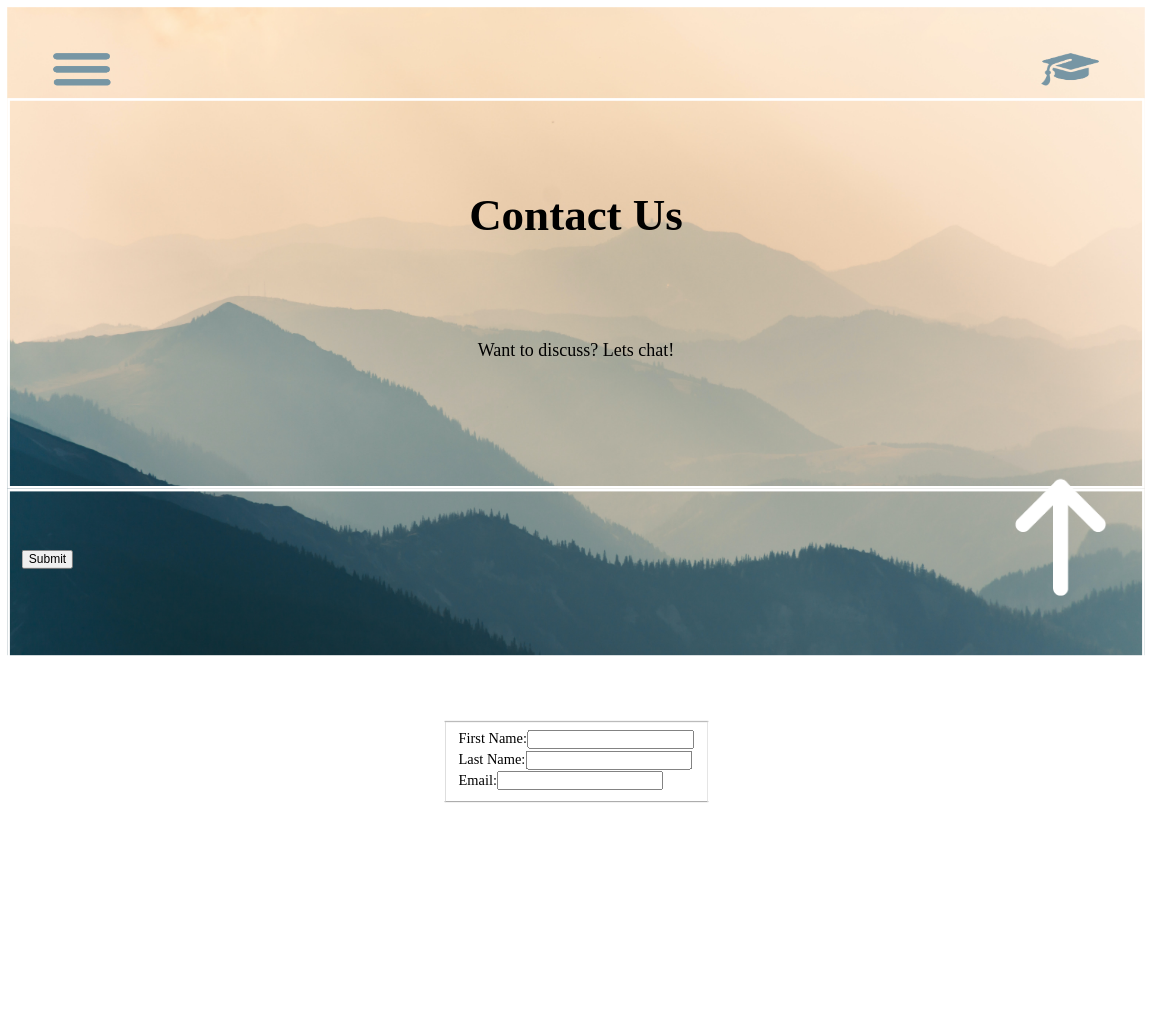
Repository: sierralaurent/MDIA2109-Assignment01
Page: /contact
These files come from the project's save history. The page is drawn as it stood at one moment and after the next save; the edit follows.
The browser window is 1280 px wide. The pictures show the whole page, at 90% of full size.
The project was rebuilt for these pictures with package versions that can differ from the ones it lists, and the page was loaded fresh each time. The framework's server and built-in components were replaced by stand-ins that run in the browser. Also part of the build but not shown: next.config.js.

Above is the page before, as saved 2023-02-05 10:07:25.

### pages/contact.js
import Head from 'next/head'
import Image from 'next/image'
import { Inter } from '@next/font/google'
import styles from '@/styles/Home.module.css'
import Link from 'next/link'

export default function Contact() {
    return (
        <>
        <Head>
        <title>Contact Us</title>
        <meta name="author" content="MDIA 2109" />
        <meta property="og:title" content="Assignment #1 - Contact Us Page" />
        <meta property="og:description" content="BCIT Digital Design and Development Diploma" />
        <link rel="icon" href="/favicon.png" />
      </Head>
      <main className={styles.main}>
        <div className={styles.nav}>
            <img src="icons/menu-icon.png" className={styles.icon1}/>
            <img src="icons/graduation-hat.png" className={styles.icon2}/>
          </div>
          <div className={styles.header}>
            <h1>Contact Us</h1>
            <p>Want to discuss? Lets chat!</p></div>
            <div className={styles.middle2}>
              <div className={styles.inputs}>
              <form>
                <fieldset>
                <table>
                    <thead>
                        <tr>
                          <label for="fname">First Name:</label>
                          <input type="text" id="fname" name="fname"></input>
                        </tr>
                        <tr>
                          <label for="lname">Last Name:</label>
                          <input type="text" id="name" name="lname"></input>
                        </tr>
                    </thead>
                    <thead>
                    <label for="email">Email:</label>
                          <input type="email" id="email" name="email"></input>
                    </thead>
                </table>
                </fieldset>
            </form>
            <button type="submit" className={styles.buttons}>Submit</button>
              </div>
            </div>
        <div className={styles.bottom}>
            <a href="/about">
              <span className={styles.icon3}>
                <img src="icons/upwardArrow.png"/>
              </span>
            </a>
          </div>
      </main>
        </>
    )
  }

### styles/Home.module.css
.carouselImage {
  height: 200px;
  background-repeat: no-repeat;
  background-size: cover;
  display: flex;
  justify-content: center;
  align-items: center;
  margin: 40px 0px;
}
.main {
  background-image: url('../public/background-images/backgroundMountain.jpg');
  background-size: cover;
  height: 100vh;
  position: relative;
}

.mainABOUT {
  background-color: #14343d;
}

.About {
  display: flex;
  justify-content: center;
  padding-top: 5%;
  font-size: 30px;
}

.infodiv {
  display: flex;
  justify-content: center;
  align-items: center ;
}

.info p {
  padding-top: 3%;
  padding-bottom: 3%;
  font-size: 16px;
}

.info li {
  padding-top: 3%;
  padding-bottom: 3%;
  font-size: 20px;
}
.info {
  display: flex;
  flex-direction: column;
  justify-content: left;
  padding: 8%;
}

.header {
  display: flex;
  flex-direction: column;
  justify-content: center;
  align-items: center;
  border: 3px solid white;
  padding: 5%;
}

.header h1 {
  font-size: 50px;
}

.header p {
  font-size: 20px;
  padding: 5%;
}

.intro {
  position: absolute;

}

.middle2 {
  padding: 20%;
  justify-content: center;
  justify-content: center;
  align-items: center;
  border: 3px solid white;

}

.inputs {
  display: flex;
  justify-content: center;
  align-items: center;
  border: 3px solid white;
}

.buttons {
  position: absolute;
  bottom: 6rem;
  left: 1rem;

}
.butt {
  border: 3px solid white;
  border-radius: 8%;
  background-color: transparent;
  width: 10vw;
  height: 2.5vh;
  max-width: 15vw;
  max-height: 5vh;
  font-size: 1.25vh;

}

.butt:hover {
  background-color: white;
  color: black;
}

.intro h1 {
  font-size: 50px;
  padding: 2%;
}
.p {
  font-size: 22px;
  padding: 2%;
}

.middle {
  position: absolute;
  height: 40vh;
  width: 40vw;
  max-width: 40vw;
  max-height: 40vh;
  top: 30rem;
  left: 20rem;
}

.icon1 {
  width: 5vw;
  height: 5vh;
  float: left;
}

.icon2 {
  width: 5vw;
  height: 5vh;
  float: right;
}

.arrows {
  display: flex;
  flex-direction: column;
  padding: 5%;
}

.icon3 {
  width: 5vw;
  height: 5vh;
  float: right;
}

.bottom {
  position: absolute;
  bottom: 10rem;
  right: 5rem;
}

.nav {
  padding: 4%;
}

Loaded but not shown: pages/_document.js (common file); pages/api/hello.js (common file)

After the next save:
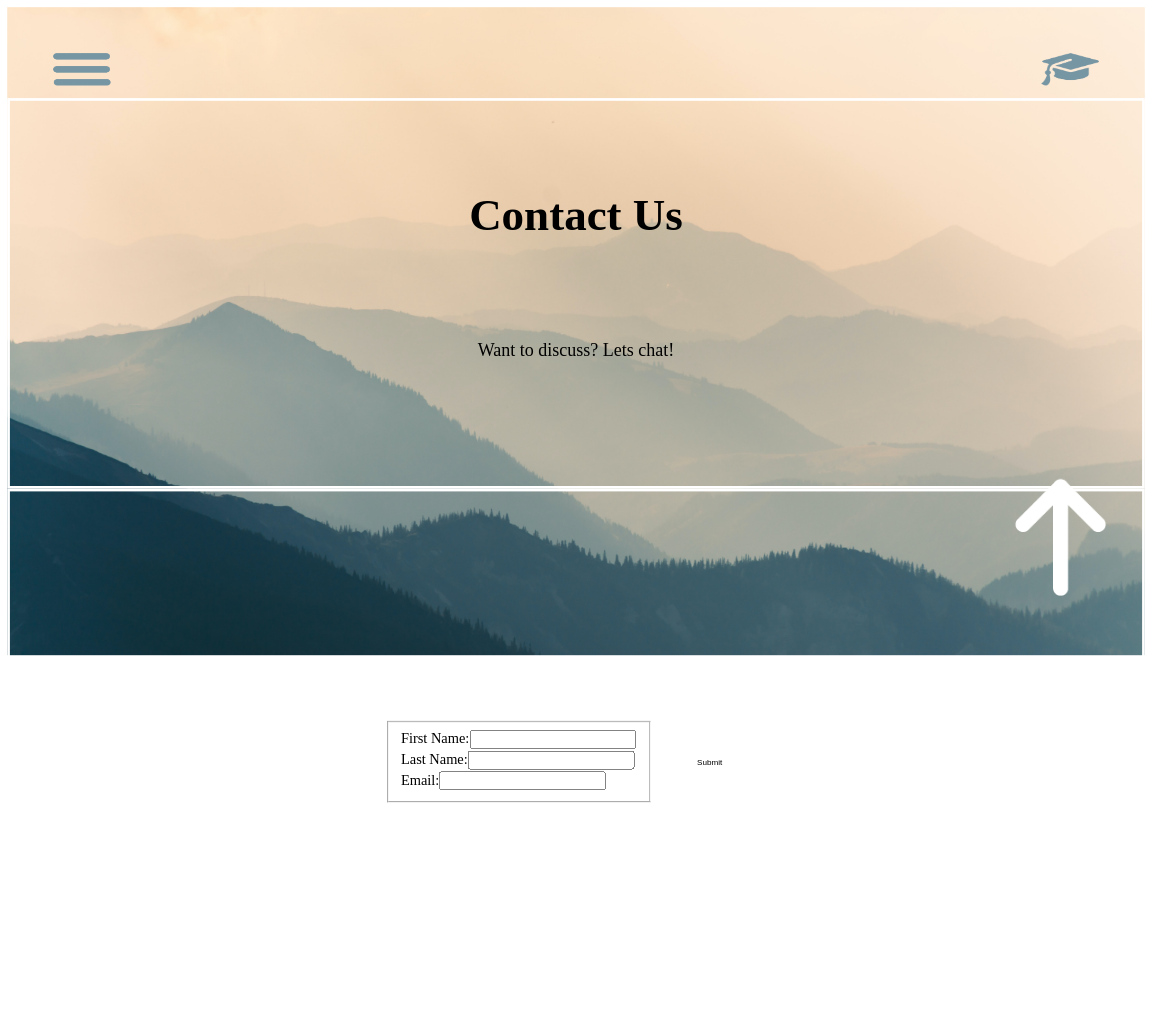
Saved 20 s later.
--- a/pages/contact.js
+++ b/pages/contact.js
@@ -44,7 +44,7 @@ export default function Contact() {
                 </table>
                 </fieldset>
             </form>
-            <button type="submit" className={styles.buttons}>Submit</button>
+            <button type="submit" className={styles.butt}>Submit</button>
               </div>
             </div>
         <div className={styles.bottom}>
